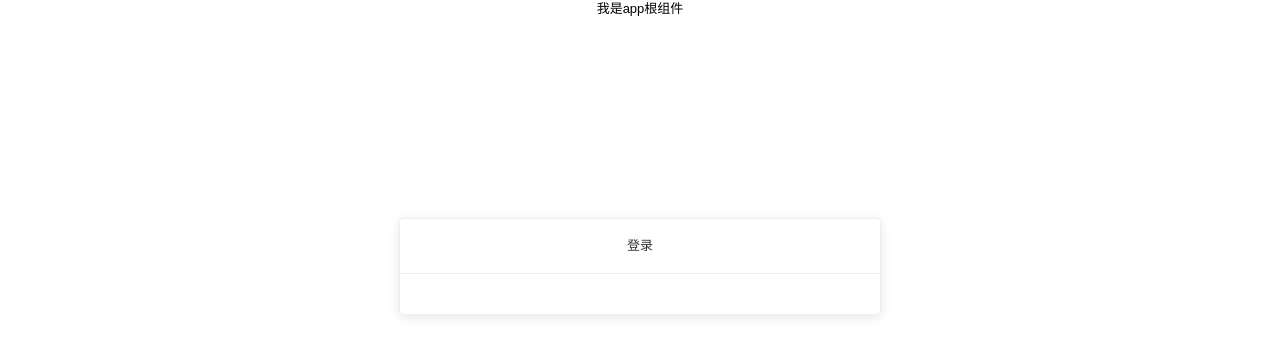
Repository: wuder-jie/Manager-System
Page: /
These files come from the project's save history. The page is drawn as it stood at one moment and after the next save; the edit follows.
The browser window is 1280 px wide. The pictures show the whole page.
The project was rebuilt for these pictures with package versions that can differ from the ones it lists, and the page was loaded fresh each time. Also part of the build but not shown: vue.config.js.

Above is the page before, as saved 2022-11-26 15:25:38.

After the next save:
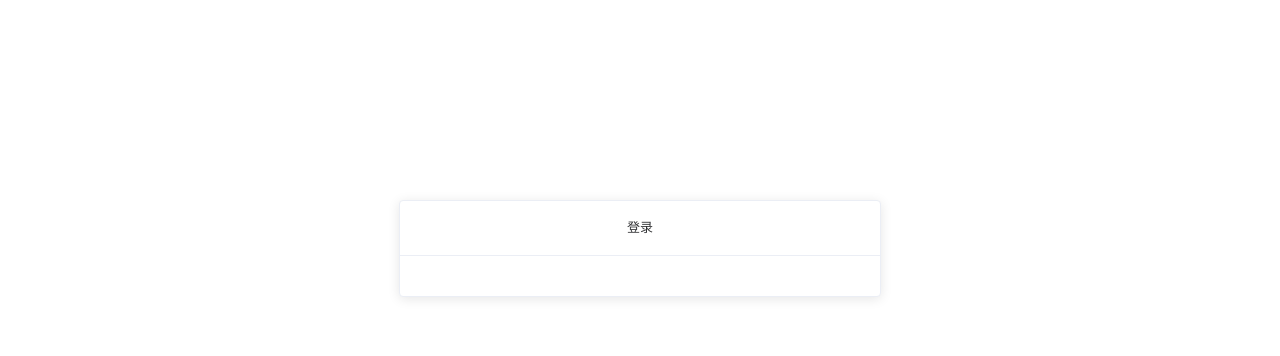
Saved 16 s later.
--- a/src/App.vue
+++ b/src/App.vue
@@ -1,6 +1,5 @@
 <template>
   <div id="app">
-    <h3>我是app根组件</h3>
     <router-view></router-view>
   </div>
 </template>
